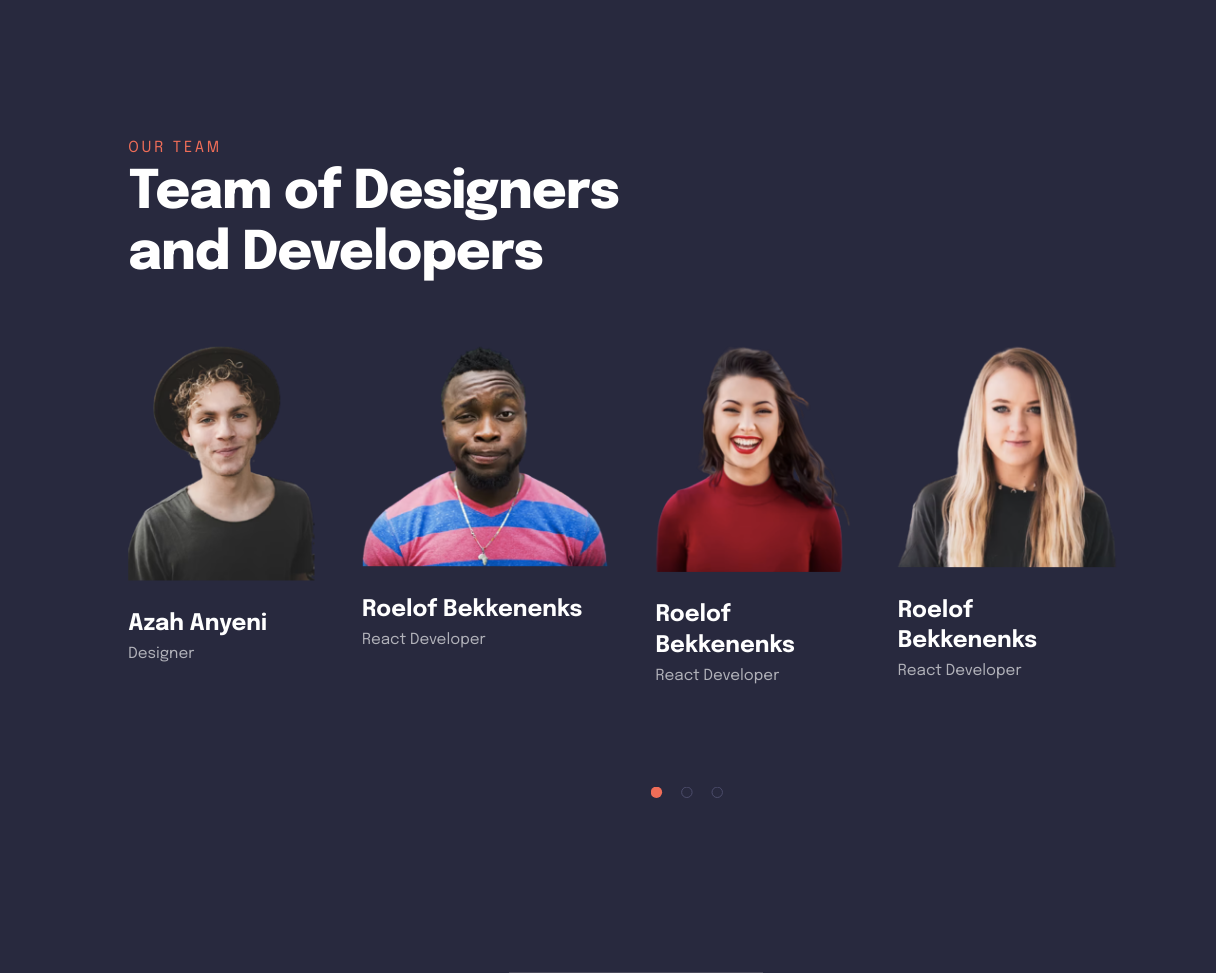
Repository: HeybetzadeQedim/task-6
Page: TEAM/index.html
These files come from the project's save history. The page is drawn as it stood at one moment and after a run of saves; the edit follows.
The browser window is 1280 px wide. The pictures show the whole page, at 95% of full size.

Above is the page before, as saved 2023-10-30 16:13:04.

### TEAM/index.html
<!DOCTYPE html>
<html lang="en">
  <head>
    <meta charset="UTF-8" />
    <meta name="viewport" content="width=device-width, initial-scale=1.0" />
    <title>Document</title>
    <link rel="stylesheet" href="./index.css" />
  </head>
  <body>
    <div class="main-container">
      <div class="text-container">
        <h5>Our Team</h5>
        <h2>
          Team of Designers<br />
          and Developers
        </h2>
      </div>

      <div class="box-container">
        <div class="box-1">
          <div class="img-border">
            <img src="images/Bitmap.png" />
          </div>
          <h4>Azah Anyeni</h4>
          <p>Designer</p>
        </div>

        <div class="box-1">
          <div class="img-border">
            <img src="images/Bitmap (1).png" />
          </div>
          <h4>Roelof Bekkenenks</h4>
          <p>React Developer</p>
        </div>

        <div class="box-1">
          <div class="img-border">
            <img src="images/Bitmap (2).png" />
          </div>
          <h4>Roelof Bekkenenks</h4>
          <p>React Developer</p>
        </div>

        <div class="box-1">
          <div class="img-border">
            <img src="images/Bitmap (3).png" />
          </div>
          <h4>Roelof Bekkenenks</h4>
          <p>React Developer</p>
        </div>
      </div>
      <div class="last-container">
        <img src="images/pins (1).svg" />
      </div>
    </div>
  </body>
</html>

### TEAM/index.css
@import url("https://fonts.googleapis.com/css2?family=Epilogue:wght@400;700;800&display=swap");
* {
  padding: 0;
  margin: 0;
  box-sizing: border-box;
}
.main-container {
  padding: 140px 135px 180px 135px;
  background-color: #28293e;
  min-height: 100vh;
}
.main-container .text-container h5 {
  color: var(--Text_Light_Accent, #ef6d58);
  font-feature-settings: "clig" off, "liga" off;
  font-family: Epilogue;
  font-size: 16px;
  font-style: normal;
  font-weight: 400;
  line-height: 32px;
  letter-spacing: 3px;
  text-transform: uppercase;
}
.main-container .text-container h2 {
  color: var(--Text_Light, #fff);
  font-feature-settings: "clig" off, "liga" off;
  font-family: Epilogue;
  font-size: 56px;
  font-style: normal;
  font-weight: 800;
  line-height: 64px;
  letter-spacing: -1px;
}
.box-container {
  display: flex;
  justify-content: space-between;
}
.box-1 {
  margin-top: 64px;
  margin-right: 50px;
}
.box-2 {
  padding: 24px 37px 1px 37px;
  border-radius: 6px;
  border: 1px solid #3a3c56;
  display: inline-block;
}
.box-2 img {
  width: 196px;
  height: 247px;
}
.box-1 h4 {
  margin-top: 26px;
  color: var(--Text_Light, #fff);
  font-feature-settings: "clig" off, "liga" off;
  font-family: Epilogue;
  font-size: 24px;
  font-style: normal;
  font-weight: 700;
  line-height: 32px;
}
.box-1 p {
  color: var(--Text_Light_Gray, rgba(255, 255, 255, 0.64));
  font-feature-settings: "clig" off, "liga" off;
  font-family: Epilogue;
  font-size: 16px;
  font-style: normal;
  font-weight: 400;
  line-height: 32px;
}
.box-3 {
  padding: 39px 5px 1px 6px;
  border-radius: 6px;
  border: 1px solid #3a3c56;
  display: inline-block;
}
.img-border:nth-child(3) img {
  width: 259px;
  height: 232px;
}
.box-4 {
  padding: 33px 28px 1px 37px;
  border-radius: 6px;
  border: 1px solid #3a3c56;
  display: inline-block;
}
.img-border:nth-child(4) img {
  width: 205px;
  height: 238px;
}
.box-5 {
  padding: 38px 28px 1px 12px;
  border-radius: 6px;
  border: 1px solid #3a3c56;
  display: inline-block;
}
.box-5 img {
  width: 233px;
  height: 230px;
}
.last-container img {
  margin-top: 100px;
  margin-left: 550px;
  width: 76px;
  height: 12px;
}

After the next 6 saves:
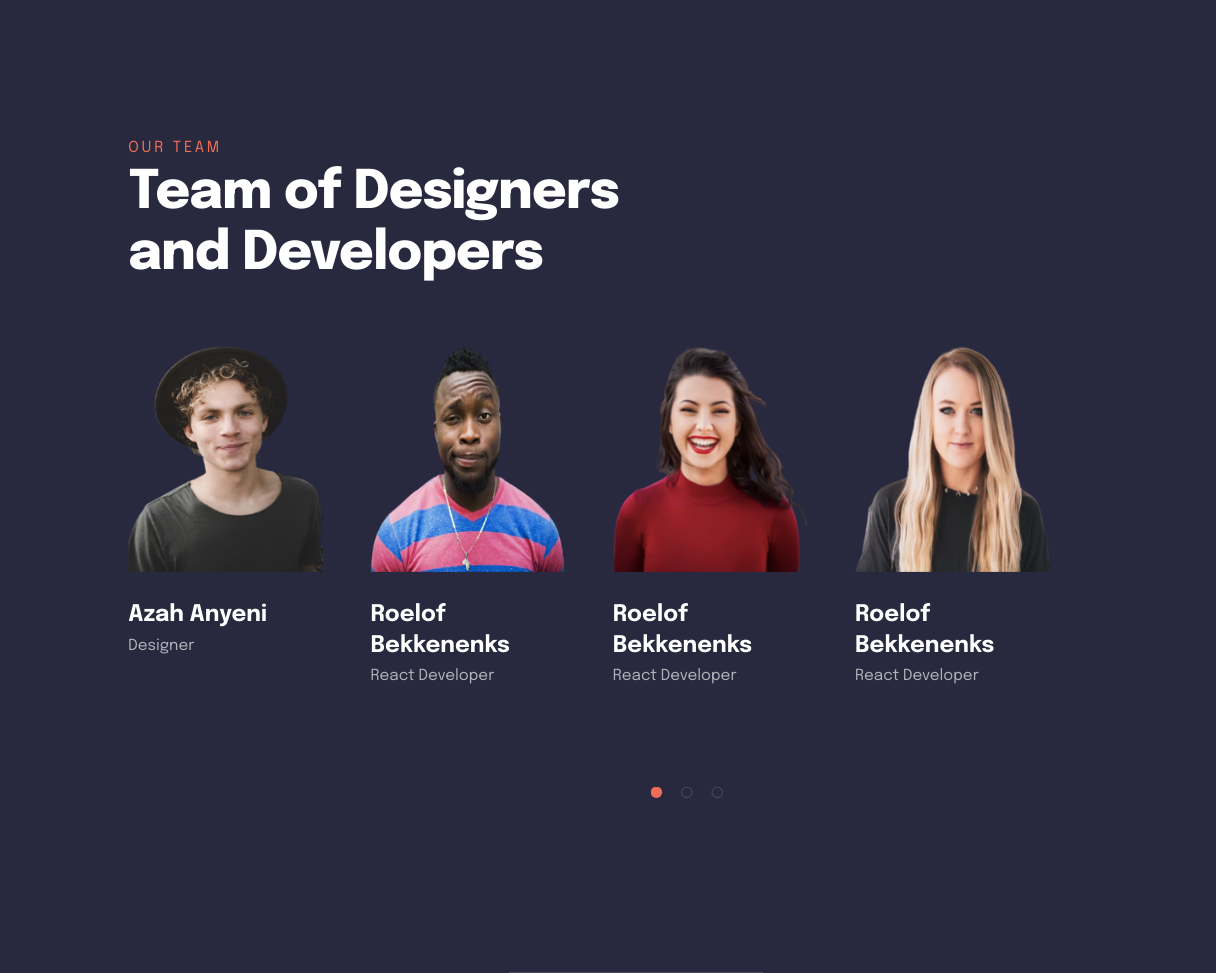
The 6 saves are shown as one change because they came seconds apart.
The last was saved 77 s later.
--- a/TEAM/index.css
+++ b/TEAM/index.css
@@ -83,6 +83,18 @@
   border: 1px solid #3a3c56;
   display: inline-block;
 }
+.img-border:nth-child(1) img {
+  width: 205px;
+  height: 238px;
+}
+.img-border:nth-child(2) img {
+  width: 205px;
+  height: 238px;
+}
+.img-border:nth-child(3) img {
+  width: 205px;
+  height: 238px;
+}
 .img-border:nth-child(4) img {
   width: 205px;
   height: 238px;
